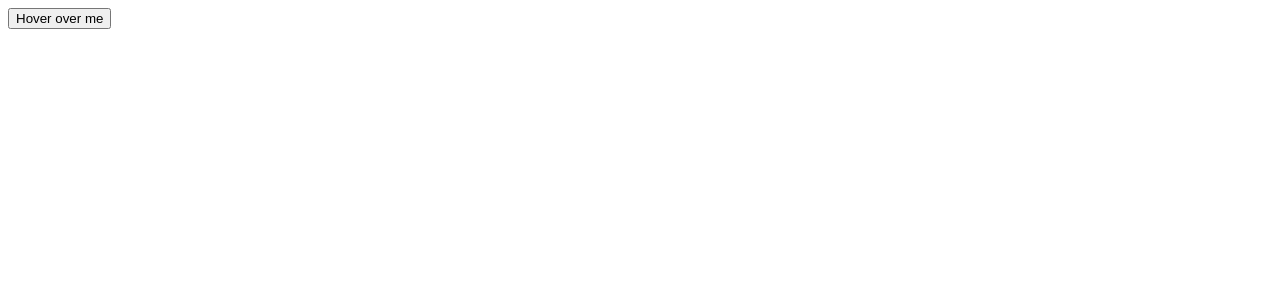
Repository: aedawes/cs260
Page: VueAssignments/lesson3/index.html
An editor plug-in stored every save of this project. The page is shown before and after the next save, followed by the edit.
The browser window is 1280 px wide. The pictures show the whole page.

Above is the page before, as saved 2022-02-24 20:26:10.

After the next save:
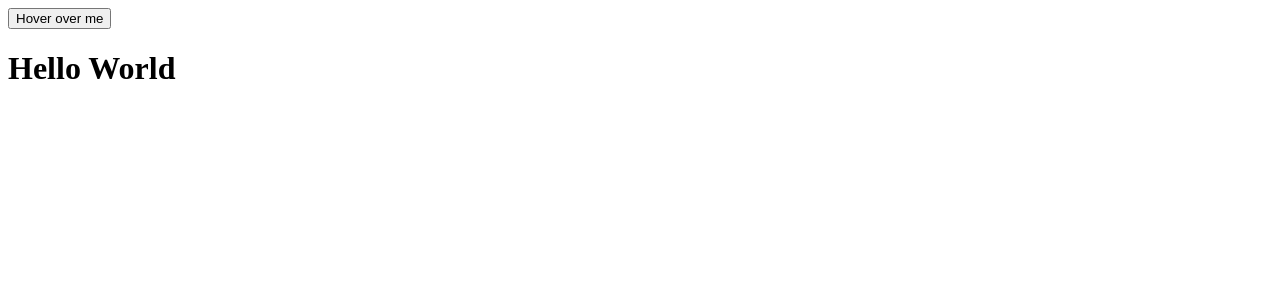
Saved 50 s later.
--- a/VueAssignments/lesson3/index.html
+++ b/VueAssignments/lesson3/index.html
@@ -7,6 +7,7 @@
         <div id="root">
             <button v-bind:title="title">Hover over me</button>
         </div>
+        <h1 :class="className">Hello World</h1>
         <script src="https://cdn.jsdelivr.net/npm/vue/dist/vue.js"></script>
         <script text="type/javascript" src="script.js"></script>
     </body>
